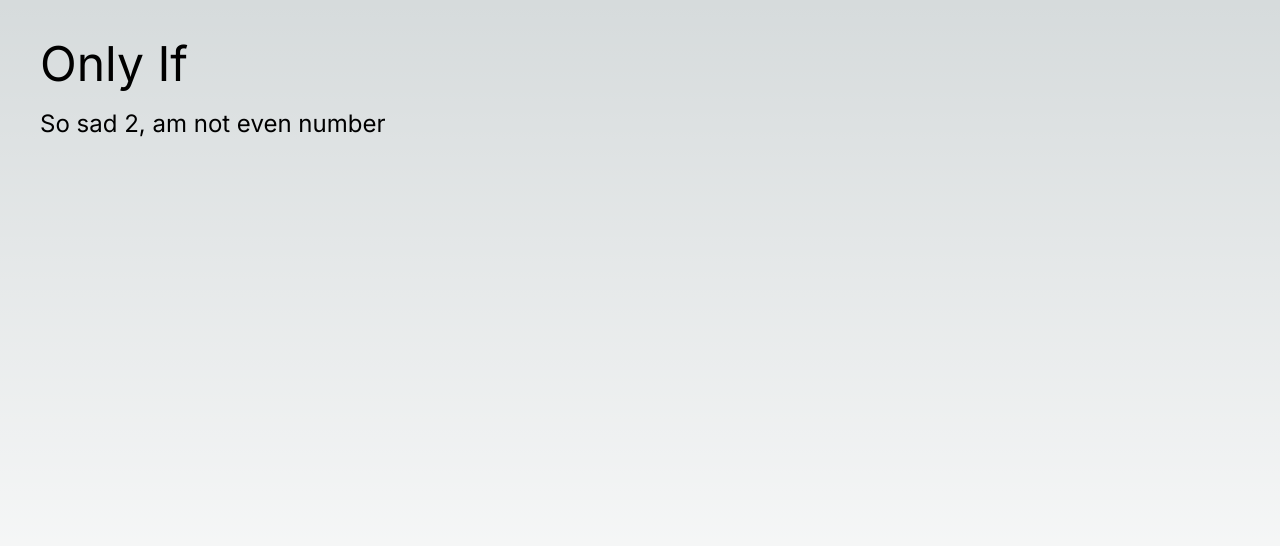
Repository: chapeee/learnNextBella
Page: / (app in basicconcepts/)
The author's editor kept a copy of each file at every save. The page is drawn from the files as they stood at one save, then again after the next save.
The browser window is 1280 px wide. The pictures show the whole page.
The project was rebuilt for these pictures with package versions that can differ from the ones it lists, and the page was loaded fresh each time. The framework's server and built-in components were replaced by stand-ins that run in the browser. Also part of the build but not shown: basicconcepts/next.config.mjs.

Above is the page before, as saved 2024-03-22 20:58:22.

### basicconcepts/src/app/page.tsx
import Image from "next/image";
import ConditionRendering from "./Components/ConditionRendering";

export default function Home() {
  return (
    <main className="min-h-screen p-10">
      {/* Conditional Rendering */}

      <ConditionRendering />

    </main>
  );
}

### basicconcepts/src/app/Components/ConditionRendering.tsx
"use client" //remove use client if you want to see the GOD
import React, { useState,useEffect } from 'react'


export default function ConditionRendering() {
    const [isEvenNumber, setisEvenNumber] = useState<boolean>(false)
    const [numberEvenOrOdd, setnumberEvenOrOdd] = useState<number>(2) // update this number to anything and check the output

    //checing if number if even
    const isNumberEven = (number: number) => {
        setisEvenNumber(number % 2 === 0)
    }

    useEffect(() => {
        isNumberEven()
    }, [])


    return (
        <div className='container m-auto'>
            <h1 className="text-5xl">Only If</h1>
            <div className="mt-5">
                {
                    //checking condition (if)
                    isEvenNumber ? (
                        <div className='text-sucess text-2xl'>Yes {numberEvenOrOdd}, am even number</div>
                    ) : (
                        <div className='text-danger text-2xl'>So sad {numberEvenOrOdd}, am not even number</div>
                    )

                }
            </div>
        </div>
    )
}

Loaded but not shown: basicconcepts/src/app/layout.tsx (common file); basicconcepts/src/app/globals.css (common file); basicconcepts/tailwind.config.ts (common file)

After the next save:
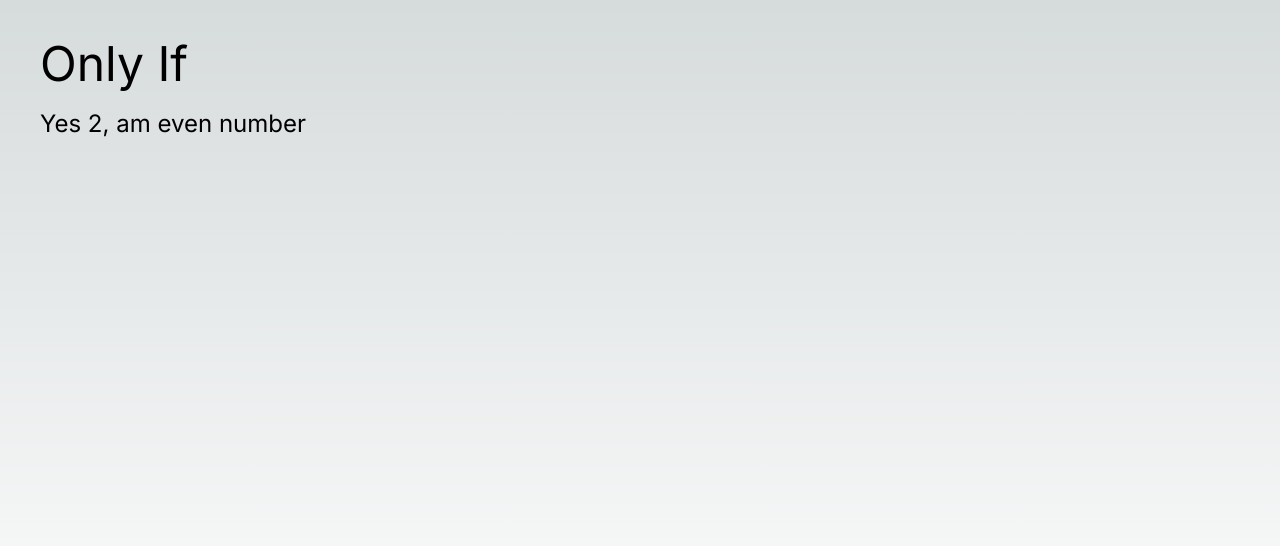
Saved 27 s later.
--- a/basicconcepts/src/app/Components/ConditionRendering.tsx
+++ b/basicconcepts/src/app/Components/ConditionRendering.tsx
@@ -7,8 +7,8 @@ export default function ConditionRendering() {
     const [numberEvenOrOdd, setnumberEvenOrOdd] = useState<number>(2) // update this number to anything and check the output
 
     //checing if number if even
-    const isNumberEven = (number: number) => {
-        setisEvenNumber(number % 2 === 0)
+    const isNumberEven = () => {
+        setisEvenNumber(numberEvenOrOdd % 2 === 0)
     }
 
     useEffect(() => {
